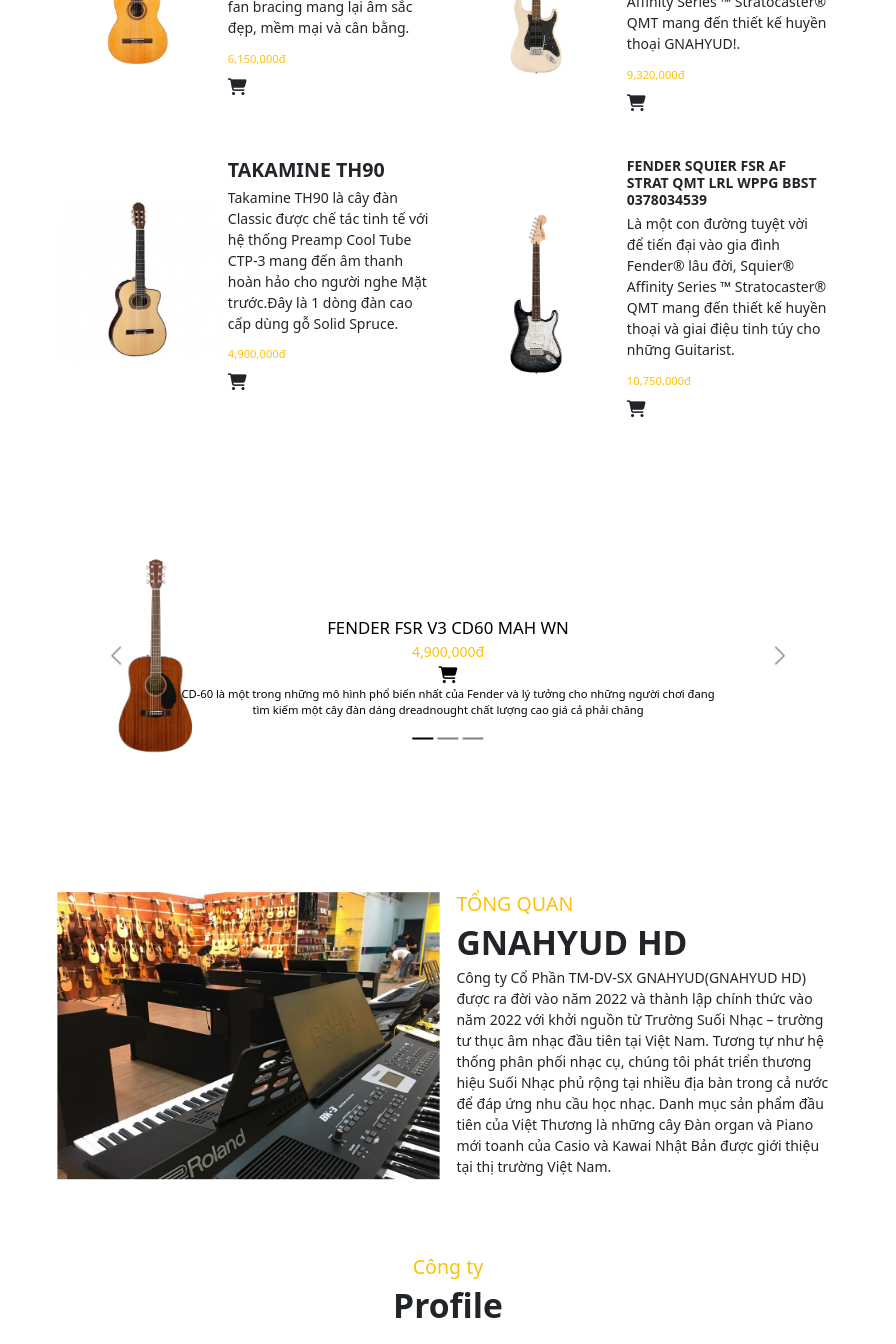
Repository: HoangDuy315/guitar
Page: index.html
These files come from the project's save history. The page is drawn as it stood at one moment and after the next save; the edit follows.
The browser window is 1280 px wide. The pictures show the part of the page from y = 1441 to 3361 px (the page is 4970 px tall), at 70% of full size.
Some web libraries are served in a nearby version.

Above is the page before, as saved 2022-09-17 20:15:42.

After the next save:
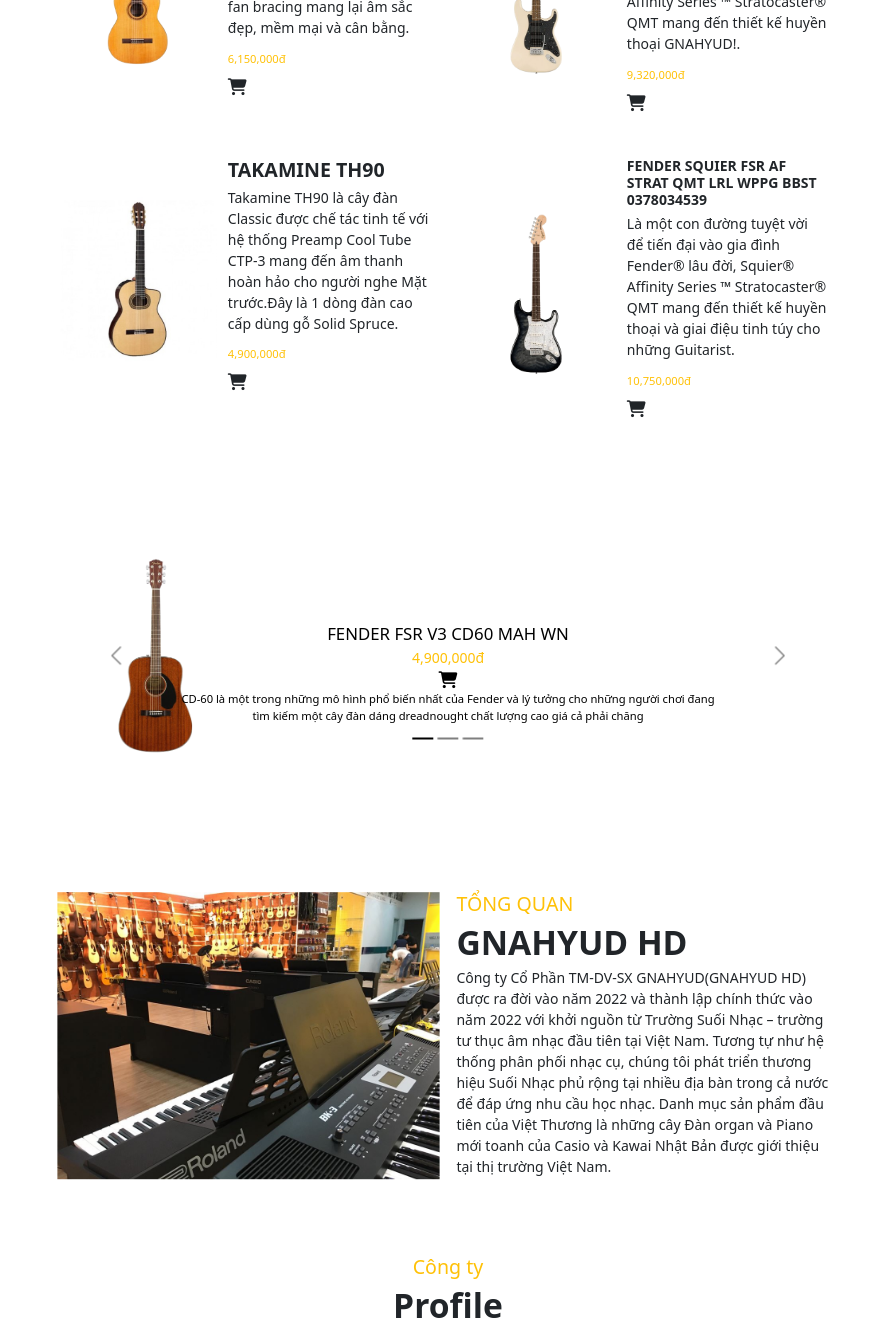
Saved 9 s later.
--- a/index.html
+++ b/index.html
@@ -214,7 +214,7 @@
                             <h3 class="fs-4">FENDER FSR V3 CD60 MAH WN</h3>
                             <h5 class="text-warning">4,900,000đ</h5>
                             <i class="fa-solid fa-cart-shopping fs-4"></i>
-                            <p class="fs-8 text-center">CD-60 là một trong những mô hình phổ biến nhất của Fender và lý tưởng cho những người chơi đang tìm kiếm một cây đàn dáng dreadnought chất lượng cao giá cả phải chăng</p>
+                            <p class="fs-8 text-center mb-2">CD-60 là một trong những mô hình phổ biến nhất của Fender và lý tưởng cho những người chơi đang tìm kiếm một cây đàn dáng dreadnought chất lượng cao giá cả phải chăng</p>
                           </div>
                         </div>
                         <div class="carousel-item" data-bs-interval="2000">
